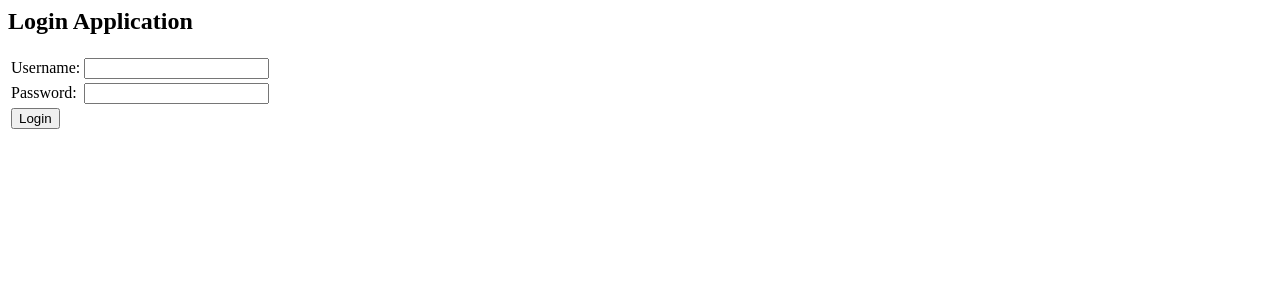
Repository: gabryz95/SoftwareEngineeringAssignment04GabrieleZorloni
Page: http://localhost/Struts2Login/registration.jsp
These files come from the project's save history. The page is drawn as it stood at one moment and after the next save; the edit follows.
The browser window is 1280 px wide. The pictures show the whole page.
The page is served by Tomcat 9. Other server files are loaded and not shown.

Above is the page before, as saved 2020-10-16 13:00:35.

### 03-workspaceControllerApps/Struts2Login/WebContent/registration.jsp
<%@ page language="java" contentType="text/html; charset=ISO-8859-1"
	pageEncoding="ISO-8859-1"%>
<%@ taglib prefix="s" uri="/struts-tags"%>

<html>
<head>
<meta http-equiv="Content-Type" content="text/html; charset=ISO-8859-1">
<title>Login Application</title>
</head>
<body>

	<h2>Login Application</h2>

	<s:form action="login.action" method="post">
		<s:textfield name="username" key="label.username" size="20" />
		<s:password name="password" key="label.password" size="20" />
		<s:submit method="execute" key="label.login" align="center" />
	</s:form>

</body>
</html>

After the next save:
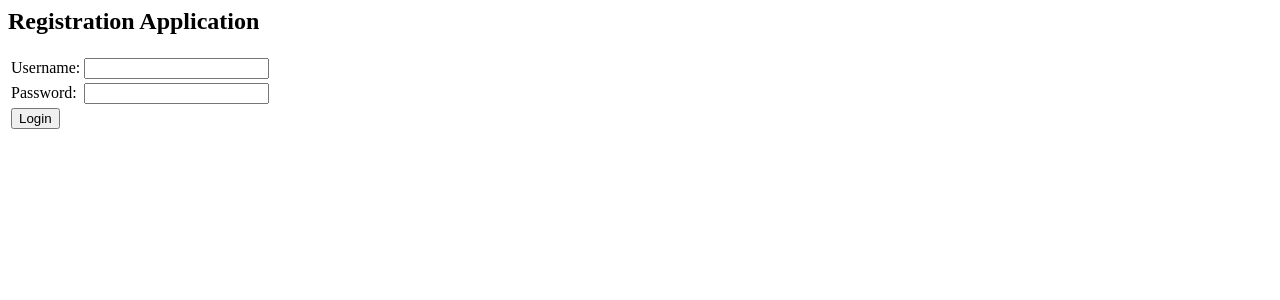
Saved 2 min 20 s later.
--- a/03-workspaceControllerApps/Struts2Login/WebContent/registration.jsp
+++ b/03-workspaceControllerApps/Struts2Login/WebContent/registration.jsp
@@ -5,11 +5,11 @@
 <html>
 <head>
 <meta http-equiv="Content-Type" content="text/html; charset=ISO-8859-1">
-<title>Login Application</title>
+<title>Registration Application</title>
 </head>
 <body>
 
-	<h2>Login Application</h2>
+	<h2>Registration Application</h2>
 
 	<s:form action="login.action" method="post">
 		<s:textfield name="username" key="label.username" size="20" />
